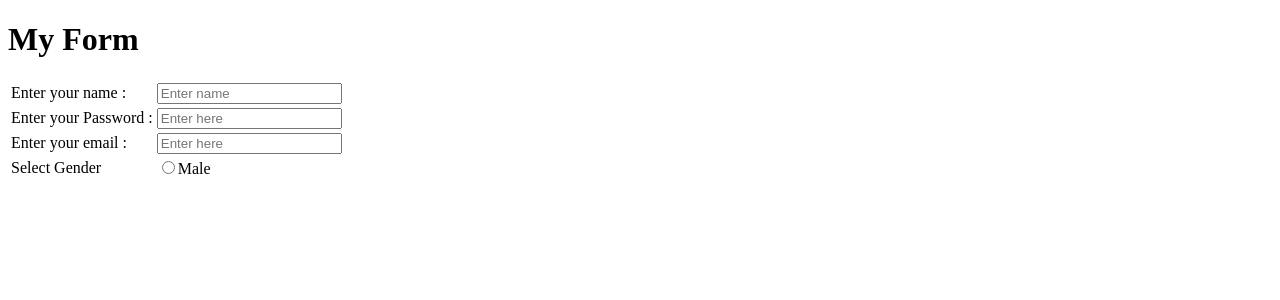
Repository: ShaileshMishr/Javanew
Page: Youtube/src/main/webapp/index.html
An editor plug-in stored every save of this project. The page is shown before and after the next save, followed by the edit.
The browser window is 1280 px wide. The pictures show the whole page.

Above is the page before, as saved 2023-10-10 18:44:38.

After the next save:
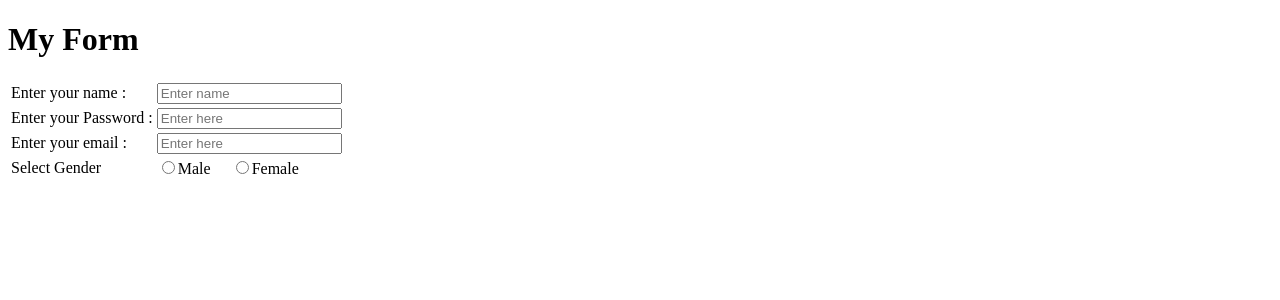
Saved 32 s later.
--- a/Youtube/src/main/webapp/index.html
+++ b/Youtube/src/main/webapp/index.html
@@ -23,7 +23,10 @@
 			</tr>
 			<tr>
 				<td>Select Gender</td>
-				<td><input type="radio" name="user_gender" value="male">Male &nbsp; &nbsp;
+				<td>
+					<input type="radio" name="user_gender" value="male">Male &nbsp; &nbsp;
+					<input type="radio" name="user_gender" value="female">Female &nbsp; &nbsp;
+
 				</td>
 			</tr>
 		</table>
